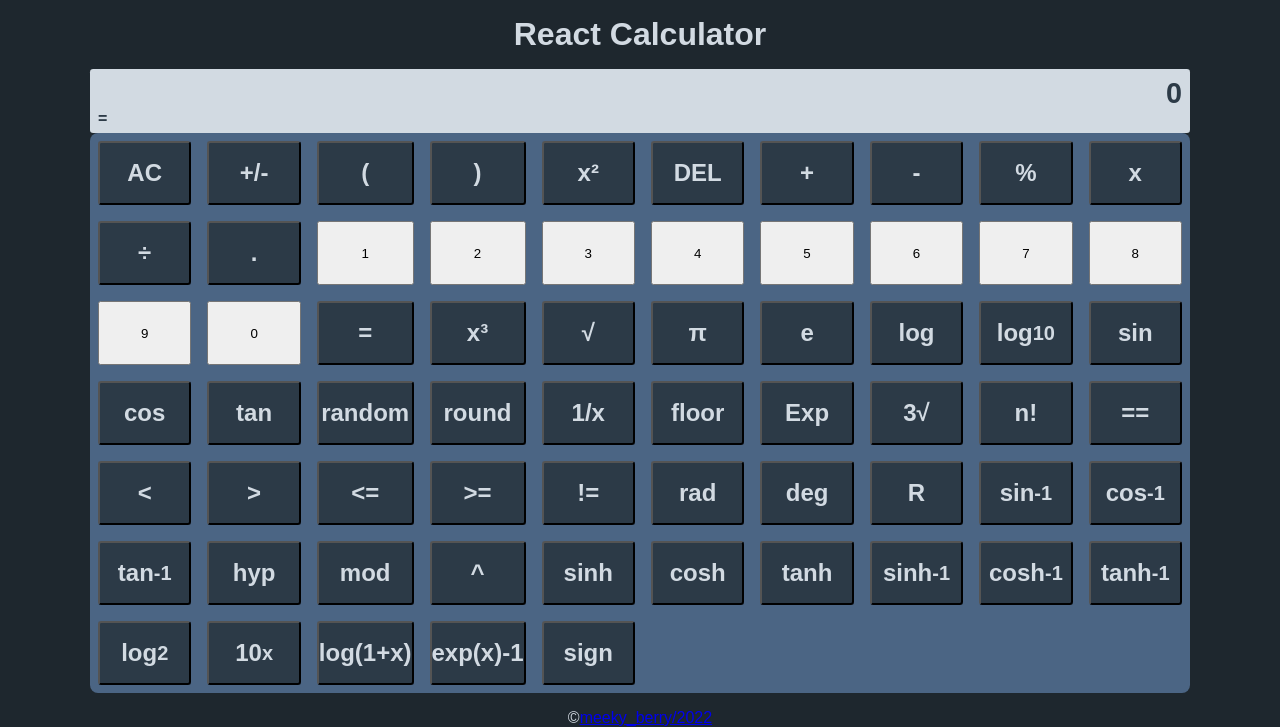
Repository: MikkyPrestige/calculator
Page: /
An editor plug-in stored every save of this project. The page is shown before and after the next save, followed by the edit.
The browser window is 1280 px wide. The pictures show the whole page.
The project was rebuilt for these pictures with package versions that can differ from the ones it lists, and the page was loaded fresh each time.

Above is the page before, as saved 2022-11-17 21:54:25.

### src/index.css
* {
 margin: 0;
 padding: 0;
 box-sizing: border-box;
}

body {
 font-family: 'Poppins', sans-serif;
 background: #1e272e;
}

.heading {
  color: #d2dae2;
  text-align: center;
  margin: 1rem;
}

.app-container {
 width: 100%;
 max-width: 1100px;
 margin: 1rem auto;
}

.display {
 background-color: #d2dae2;
 color: #2C3A47;
 height: 4rem;
 font-size: 1.8rem;
 font-weight: 700;
 display: flex;
 flex-direction: column;
 padding: .5rem;
 border-radius: .2rem;
}

.display-calc {
 display: flex;
 justify-content: flex-end;
 align-items: center;
}

.display-result {
 display: flex;
 justify-content: flex-start;
 align-items: center;
 font-size: 1rem;
 font-weight: 700;
}

.operators {
  display: grid;
  grid-template-columns: repeat(10, 1fr);
  grid-gap: 1rem;
  padding: .5rem;
  border-radius: .5rem;
  background-color: #4b6584;
  -webkit-border-radius: .5rem;
  -moz-border-radius: .5rem;
  -ms-border-radius: .5rem;
  -o-border-radius: .5rem;
}

.operator {
 background-color: #2C3A47;
 color: #d2dae2;
 font-size: 1.5rem;
 font-weight: 700;
 height: 4rem;
 display: flex;
 justify-content: center;
 align-items: center;
 border-radius: .2rem;
 /* margin: .5rem 0; */
}
/*

.operator {
 background-color: #182C61;
 color: #d1d8e0;
 font-size: 1.2rem;
 font-weight: 400;
 padding: .5rem;
 border: none;
 cursor: pointer;
 border-radius: 20%;
 border: 2px solid #d2dae2;
 -webkit-border-radius: 20%;
 -moz-border-radius: 20%;
 -ms-border-radius: 20%;
 -o-border-radius: 20%;
}

.operator:hover {
 background-color: #273c75;
}

.operator:active {
 background-color: #485460;
}

.digit {
  font-size: 1.5rem;
  font-weight: 700;
  color: #2C3A47;
  cursor: pointer;
  background-color: #d2dae2;
  border: none;
  border-radius: 1rem;
  text-align: center;
  padding: .5rem;
  grid-column: 4 /7;
  grid-row: 2 / 4;
}

.digit:hover {
  background-color: #808e9b;
}

.digit:active {
  background-color: #485460;
}

.clear {
 background-color: #05c46b;
  grid-column: 1 / 3;
  grid-row: 1 / 2;
}

.delete {
 background-color: #ff3f34;
  grid-column: 9 / -1;
  grid-row: 1 / 2;
}

.equalTo {
 /* grid-row: 6 / span 2; */
 /* grid-column: 6; */
 /* background-color: #05c46b; */
 /* font-size: 2.5rem; */
 /* font-weight: 700; */
/* } */

.cube {
 /* grid-row: 3; */
}

.sqrt {
 /* grid-row: 4; */
}

.exponent {
 /* grid-row: 5; */
}

.pie {
 /* grid-row: 5; */
}

.log {
 /* grid-row: 3; */
}

.logTen {
 /* grid-row: 4; */
}

.sin {
 /* grid-row: 3; */
}

.tan {
 /* grid-row: 4; */
}

.cos  {
 /* grid-row: 5; */
}

.zero {
 /* grid-row: 6; */
 /* grid-column: 5; */
}

.attribution {
  color: #d2dae2;
  text-align: center;
}

### src/App.js
import React from 'react';
import { useState } from 'react';

function App() {
  // DECLARE A NEW STATE VARIABLE
  const [calc, setCalc] = useState("");
  const [result, setResult] = useState("");

  // OPERATORS VARIABLE IS AN ARRAY OF OPERATORS THAT WILL BE USED TO CHECK IF THE USER IS TRYING TO ENTER AN OPERATOR OR NOT
  const ops = ["+", "-", "*", "/", ".", "<", ">", "<=", ">=", "±", "%", "!="];

  // UPDATE CALC STATE VARIABLE WITH THE VALUE OF THE BUTTON THAT WAS CLICKED
  const updateCalc = value => {
    if (
      (ops.includes(value) && calc === "") || // IF THE VALUE IS AN OPERATOR AND THE CALC STATE VARIABLE IS EMPTY
      (ops.includes(value) && ops.includes(calc.slice(-1))) // IF THE VALUE IS AN OPERATOR AND THE LAST CHARACTER OF THE CALC STATE VARIABLE IS ALSO AN OPERATOR
    ) {
      return;
    }

    setCalc(calc + value);  // UPDATE THE CALC STATE VARIABLE WITH THE VALUE OF THE BUTTON THAT WAS CLICKED

    if (!ops.includes(value)) {  // IF THE VALUE IS NOT AN OPERATOR
      setResult(eval(calc + value).toString());   // EVALUATE THE CALC STATE VARIABLE AND UPDATE THE RESULT STATE VARIABLE
    }
  };

  // CREATE CLEAR FUNCTION
  const clear = () => {
    setCalc("");    // SET CALC STATE VARIABLE TO EMPTY
    setResult("");  // SET RESULT STATE VARIABLE TO EMPTY
  };

  // CREATE DELETE FUNCTION
  const del = () => {
    if (calc === "") {
      return;
    }
    const value = calc.slice(0, -1);  // REMOVE THE LAST CHARACTER OF THE CALC STATE VARIABLE
    setCalc(value);  // UPDATE THE CALC STATE VARIABLE
  };

  // CREATE EVALUATE FUNCTION
  const calculate = () => {
    setCalc(eval(calc).toString());  // EVALUATE THE CALC STATE VARIABLE AND UPDATE THE CALC STATE VARIABLE
    setResult("");  // SET RESULT STATE VARIABLE TO EMPTY
  };

  // CREATE PERCENTAGE FUNCTION
  const percentage = () => {
    if (calc === "") {
      return;
    }
    const value = parseFloat(calc);   // CONVERT THE CALC STATE VARIABLE TO A FLOAT
    if (value === 0) {
      return;
    }
    setCalc((value / 100).toString());  // DIVIDE THE CALC STATE VARIABLE BY 100 AND UPDATE THE CALC STATE VARIABLE
  };

  // CREATE POSITIVE/NEGATIVE FUNCTION
  const posNeg = () => {
    if (calc === "") {
      return;
    }
    const value = parseFloat(calc);
    if (value === 0) {
      return;
    }
    setCalc((value * -1).toString());  // MULTIPLY THE CALC STATE VARIABLE BY -1 AND UPDATE THE CALC STATE VARIABLE
  };

  // CREATE BRACKET FUNCTION
  const bracket = value => {
    if (calc === "" && value === "(" && ")") { // IF THE CALC STATE VARIABLE IS EMPTY AND THE VALUE IS "(" && ")"
      setCalc(calc + value);
      return;
    }
    setCalc(calc + value);  // UPDATE THE CALC STATE VARIABLE WITH THE VALUE OF THE BUTTON THAT WAS CLICKED
  };

  // CREATE SQUARE FUNCTION
  const square = () => {
    if (calc === "") {
      return;
    }
    const value = parseFloat(calc);
    if (value === 0) {
      return;
    }
    setCalc((value * value).toString());  // MULTIPLY THE CALC STATE VARIABLE BY ITSELF AND UPDATE THE CALC STATE VARIABLE
  };

  // CREATE A CUBE FUNCTION
  const cube = () => {
    if (calc === "") {
      return;
    }
    const value = parseFloat(calc);
    if (value === 0) {
      return;
    }
    setCalc((value * value * value).toString());  // MULTIPLY THE CALC STATE VARIABLE BY ITSELF THREE TIMES AND UPDATE THE CALC STATE VARIABLE
  };

  // CREATE SQUARE ROOT FUNCTION
  const squareRoot = () => {
    if (calc === "") {
      return;
    }
    const value = parseFloat(calc);
    if (value === 0) {
      return;
    }
    setCalc(Math.sqrt(value).toString());  // CALCULATE THE SQUARE ROOT OF THE CALC STATE VARIABLE AND UPDATE THE CALC STATE VARIABLE
  };

  // CREATE PI FUNCTION
  const pi = () => {
    if (calc === "") {
      return;
    }
    const value = parseFloat(calc);
    if (value === 0) {
      return;
    }
    setCalc((value * 3.141592653589793).toString());  // MULTIPLY THE CALC STATE VARIABLE BY PI AND UPDATE THE CALC STATE VARIABLE
  };

  // CREATE E FUNCTION
  const e = () => {
    if (calc === "") {
      return;
    }
    const value = parseFloat(calc);
    if (value === 0) {
      return;
    }
    setCalc((value * 2.718281828459045).toString());  // MULTIPLY THE CALC STATE VARIABLE BY E AND UPDATE THE CALC STATE VARIABLE
  };

  // CREATE LOG FUNCTION
  const log = () => {
    if (calc === "") {
      return;
    }
    const value = parseFloat(calc);
    if (value === 0) {
      return;
    }
    setCalc(Math.log(value).toString());  // CALCULATE THE LOGARITHM OF THE CALC STATE VARIABLE AND UPDATE THE CALC STATE VARIABLE
  };

  // CREATE BASE 10 LOG FUNCTION
  const log10 = () => {
    if (calc === "") {
      return;
    }
    const value = parseFloat(calc);
    if (value === 0) {
      return;
    }
    setCalc(Math.log10(value).toString());  // CALCULATE THE BASE 10 LOGARITHM OF THE CALC STATE VARIABLE AND UPDATE THE CALC STATE VARIABLE
  };

  // CREATE BASE 2 LOG FUNCTION
  const log2 = () => {
    if (calc === "") {
      return;
    }
    const value = parseFloat(calc);
    if (value === 0) {
      return;
    }
    setCalc(Math.log2(value).toString());  // CALCULATE THE BASE 2 LOGARITHM OF THE CALC STATE VARIABLE AND UPDATE THE CALC STATE VARIABLE
  };

  // CREATE LOG1P FUNCTION
  const log1p = () => {
    if (calc === "") {
      return;
    }
    const value = parseFloat(calc);
    if (value === 0) {
      return;
    }
    setCalc(Math.log1p(value).toString());  // CALCULATE THE LOGARITHM OF THE CALC STATE VARIABLE PLUS 1 AND UPDATE THE CALC STATE VARIABLE
  };

  // CREATE EXPONENTIAL -1 FUNCTION
  const expm1 = () => {
    if (calc === "") {
      return;
    }
    const value = parseFloat(calc);
    if (value === 0) {
      return;
    }
    setCalc(Math.expm1(value).toString());  // CALCULATE THE EXPONENTIAL OF THE CALC STATE VARIABLE MINUS 1 AND UPDATE THE CALC STATE VARIABLE
  };

  // CREATE SIGN FUNCTION
  const sign = () => {
    if (calc === "") {
      return;
    }
    const value = parseFloat(calc);
    if (value === 0) {
      return;
    }
    setCalc(Math.sign(value).toString());  // CALCULATE THE SIGN OF THE CALC STATE VARIABLE AND UPDATE THE CALC STATE VARIABLE
  };

  // CREATE RAISE TO POWER 10 FUNCTION
  const pow10 = () => {
    if (calc === "") {
      return;
    }
    const value = parseFloat(calc);
    if (value === 0) {
      return;
    }
    setCalc(Math.pow(10, value).toString());  // RAISE 10 TO THE POWER OF THE CALC STATE VARIABLE AND UPDATE THE CALC STATE VARIABLE
  };

  // CREATE SIN FUNCTION
  const sin = () => {
    if (calc === "") {
      return;
    }
    const value = parseFloat(calc);
    if (value === 0) {
      return;
    }
    setCalc(Math.sin(value).toString());  // CALCULATE THE SINE OF THE CALC STATE VARIABLE AND UPDATE THE CALC STATE VARIABLE
  };

  // CREATE COS FUNCTION
  const cos = () => {
    if (calc === "") {
      return;
    }
    const value = parseFloat(calc);
    if (value === 0) {
      return;
    }
    setCalc(Math.cos(value).toString());  // CALCULATE THE COSINE OF THE CALC STATE VARIABLE AND UPDATE THE CALC STATE VARIABLE
  };

  // CREATE TAN FUNCTION
  const tan = () => {
    if (calc === "") {
      return;
    }
    const value = parseFloat(calc);
    if (value === 0) {
      return;
    }
    setCalc(Math.tan(value).toString());  // CALCULATE THE TANGENT OF THE CALC STATE VARIABLE AND UPDATE THE CALC STATE VARIABLE
  };

  // CREATE INVERSE SIN FUNCTION
  const asin = () => {
    if (calc === "") {
      return;
    }
    const value = parseFloat(calc);
    if (value === 0) {
      return;
    }
    setCalc(Math.asin(value).toString());  // CALCULATE THE INVERSE SINE OF THE CALC STATE VARIABLE AND UPDATE THE CALC STATE VARIABLE
  };

  // CREATE INVERSE COS FUNCTION
  const acos = () => {
    if (calc === "") {
      return;
    }
    const value = parseFloat(calc);
    if (value === 0) {
      return;
    }
    setCalc(Math.acos(value).toString());  // CALCULATE THE INVERSE COSINE OF THE CALC STATE VARIABLE AND UPDATE THE CALC STATE VARIABLE
  };

  // CREATE INVERSE TAN FUNCTION
  const atan = () => {
    if (calc === "") {
      return;
    }
    const value = parseFloat(calc);
    if (value === 0) {
      return;
    }
    setCalc(Math.atan(value).toString());  // CALCULATE THE INVERSE TANGENT OF THE CALC STATE VARIABLE AND UPDATE THE CALC STATE VARIABLE
  };

  // CREATE SINH FUNCTION
  const sinh = () => {
    if (calc === "") {
      return;
    }
    const value = parseFloat(calc);
    if (value === 0) {
      return;
    }
    setCalc(Math.sinh(value).toString());  // CALCULATE THE HYPERBOLIC SINE OF THE CALC STATE VARIABLE AND UPDATE THE CALC STATE VARIABLE
  };

  // CREATE COSH FUNCTION
  const cosh = () => {
    if (calc === "") {
      return;
    }
    const value = parseFloat(calc);
    if (value === 0) {
      return;
    }
    setCalc(Math.cosh(value).toString());  // CALCULATE THE HYPERBOLIC COSINE OF THE CALC STATE VARIABLE AND UPDATE THE CALC STATE VARIABLE
  };

  // CREATE TANH FUNCTION
  const tanh = () => {
    if (calc === "") {
      return;
    }
    const value = parseFloat(calc);
    if (value === 0) {
      return;
    }
    setCalc(Math.tanh(value).toString());  // CALCULATE THE HYPERBOLIC TANGENT OF THE CALC STATE VARIABLE AND UPDATE THE CALC STATE VARIABLE
  };

  // CREATE INVERSE SINH FUNCTION
  const asinh = () => {
    if (calc === "") {
      return;
    }
    const value = parseFloat(calc);
    if (value === 0) {
      return;
    }
    setCalc(Math.asinh(value).toString());  // CALCULATE THE INVERSE HYPERBOLIC SINE OF THE CALC STATE VARIABLE AND UPDATE THE CALC STATE VARIABLE
  };

  // CREATE INVERSE COSH FUNCTION
  const acosh = () => {
    if (calc === "") {
      return;
    }
    const value = parseFloat(calc);
    if (value === 0) {
      return;
    }
    setCalc(Math.acosh(value).toString());  // CALCULATE THE INVERSE HYPERBOLIC COSINE OF THE CALC STATE VARIABLE AND UPDATE THE CALC STATE VARIABLE
  };

  // CREATE INVERSE TANH FUNCTION
  const atanh = () => {
    if (calc === "") {
      return;
    }
    const value = parseFloat(calc);
    if (value === 0) {
      return;
    }
    setCalc(Math.atanh(value).toString());  // CALCULATE THE INVERSE HYPERBOLIC TANGENT OF THE CALC STATE VARIABLE AND UPDATE THE CALC STATE VARIABLE
  };

  // CREATE HYPOTENUSE FUNCTION
  const hyp = () => {
    if (calc === "") {
      return;
    }
    const value = parseFloat(calc);
    if (value === 0) {
      return;
    }
    setCalc(Math.hypot(value).toString());  // CALCULATE THE HYPOTENUSE OF THE CALC STATE VARIABLE AND UPDATE THE CALC STATE VARIABLE
  };


  // CREATE RADIAN FUNCTION
  const radian = () => {
    if (calc === "") {
      return;
    }
    const value = parseFloat(calc);
    if (value === 0) {
      return;
    }
    setCalc((value * 0.017453292519943295).toString());  // MULTIPLY THE CALC STATE VARIABLE BY RADIAN AND UPDATE THE CALC STATE VARIABLE
  };

  // CREATE DEGREE FUNCTION
  const degree = () => {
    if (calc === "") {
      return;
    }
    const value = parseFloat(calc);
    if (value === 0) {
      return;
    }
    setCalc((value * 57.29577951308232).toString());  // MULTIPLY THE CALC STATE VARIABLE BY DEGREE AND UPDATE THE CALC STATE VARIABLE
  };

  // CREATE RADIUS FUNCTION
  const radius = () => {
    if (calc === "") {
      return;
    }
    const value = parseFloat(calc);
    if (value === 0) {
      return;
    }
    setCalc((value * 0.5).toString());  // MULTIPLY THE CALC STATE VARIABLE BY RADIUS AND UPDATE THE CALC STATE VARIABLE
  };

  // CREATE RECIPROCAL/INVERSE FUNCTION
  const reciprocal = () => {
    if (calc === "") {
      return;
    }
    const value = parseFloat(calc);
    if (value === 0) {
      return;
    }
    setCalc((1 / value).toString());  // DIVIDE 1 BY THE CALC STATE VARIABLE AND UPDATE THE CALC STATE VARIABLE
  };

  // CREATE RANDOM FUNCTION
  const random = () => {
    if (calc === "") {
      return;
    }
    const value = parseFloat(calc);
    if (value === 0) {
      return;
    }
    setCalc(Math.random(value).toString());  // RANDOMLY GENERATE A NUMBER AND UPDATE THE CALC STATE VARIABLE
  };

  // CREATE ROUND FUNCTION
  const round = () => {
    if (calc === "") {
      return;
    }
    const value = parseFloat(calc);
    if (value === 0) {
      return;
    }
    setCalc(Math.round(value).toString());  // ROUND THE CALC STATE VARIABLE AND UPDATE THE CALC STATE VARIABLE
  };

  // CREATE FLOOR FUNCTION
  const floor = () => {
    if (calc === "") {
      return;
    }
    const value = parseFloat(calc);
    if (value === 0) {
      return;
    }
    setCalc(Math.floor(value).toString());  // FLOOR OF THE CALC STATE VARIABLE AND UPDATE THE CALC STATE VARIABLE
  };

  // CREATE EXPONENTIAL FUNCTION
  const exponential = () => {
    if (calc === "") {
      return;
    }
    const value = parseFloat(calc);
    if (value === 0) {
      return;
    }
    setCalc(Math.exp(value).toString());  // EXPONENTIAL OF THE CALC STATE VARIABLE AND UPDATE THE CALC STATE VARIABLE
  };

  // CREATE CUBE ROOT FUNCTION
  const cubeRoot = () => {
    if (calc === "") {
      return;
    }
    const value = parseFloat(calc);
    if (value === 0) {
      return;
    }
    setCalc(Math.cbrt(value).toString());  // CUBE ROOT OF THE CALC STATE VARIABLE AND UPDATE THE CALC STATE VARIABLE
  };

  // CREATE FACTORIAL FUNCTION
  const factorial = () => {
    if (calc === "") {
      return;
    }
    const value = parseFloat(calc);
    if (value === 0) {
      return;
    }
    setCalc(factorialize(value).toString());  // FACTORIAL OF THE CALC STATE VARIABLE AND UPDATE THE CALC STATE VARIABLE
  };

  // CREATE FACTORIAL FUNCTION
  const factorialize = (num) => {
    if (num < 0) {
      return -1;
    } else if (num === 0) {
      return 1;
    } else {
      return num * factorialize(num - 1);
    }
  };

  // CREATE DIGITS FUNCTION
  const createDigits = () => {
    const digits = []; // CREATE DIGITS ARRAY
    for (let i = 1; i < 10; i++) { // LOOP THROUGH DIGITS 1-9
      digits.push(i); // PUSH NUMBERS 1-9 TO DIGITS ARRAY
    }
    return digits;
  };

  //RETURN THE CALCULATOR SCREEN AND BUTTONS
  return (
    <div className='app'>
      <header>
        <h1 className='heading'>React Calculator</h1>
      </header>
      <div className='app-container'>
        <div className='display'>
          <div className='display-calc'>
            {calc || "0"}  {/* DISPLAY CALC STATE VARIABLE OR 0 */}
          </div>
          <div className='display-result'>
            = {result}  {/* DISPLAY RESULT STATE VARIABLE */}
          </div>
        </div>
        <div className='operators'>
          <button onClick={clear} className='operator clear'>AC</button>
          <button onClick={posNeg} className='operator'>+/-</button>
          <button onClick={() => bracket('(')} className='operator'>(</button>
          <button onClick={() => bracket(')')} className='operator'>)</button>
          <button onClick={square} className='operator'>x²</button>
          <button onClick={del} className='operator delete'>DEL</button>
          <button onClick={() => updateCalc('+')} className='operator'>+</button>
          <button onClick={() => updateCalc('-')} className='operator'>-</button>
          <button onClick={percentage} className='operator'>%</button>
          <button onClick={() => updateCalc('*')} className='operator'>x</button>
          <button onClick={() => updateCalc('/')} className='operator'>÷</button>
          <button onClick={() => updateCalc('.')} className='operator'>.</button>
          {createDigits().map((digit) => (
            <button onClick={() => updateCalc(digit.toString())} className='digit' key={digit}>{digit}</button> // CREATE DIGITS BUTTONS AND MAP THROUGH DIGITS ARRAY TO DISPLAY DIGITS 1-9 ON BUTTONS
          ))}
          <button onClick={() => updateCalc('0')} className='zero digit'>0</button>
          <button onClick={calculate} className='operator equalTo'>=</button>
          <button onClick={cube} className='operator cube'>x³</button>
          <button onClick={squareRoot} className='operator sqrt'>√</button>
          <button onClick={pi} className='operator pie'>π</button>
          <button onClick={e} className='operator exponent'>e</button>
          <button onClick={log} className='operator log'>log</button>
          <button onClick={log10} className='operator logTen'>log<sub>10</sub></button>
          <button onClick={sin} className='operator sin'>sin</button>
          <button onClick={cos} className='operator cos'>cos</button>
          <button onClick={tan} className='operator tan'>tan</button>
          <button onClick={random} className='operator'>random</button>
          <button onClick={round} className='operator'>round</button>
          <button onClick={reciprocal} className='operator'>1/x</button>
          <button onClick={floor} className='operator'>floor</button>
          <button onClick={exponential} className='operator'>Exp</button>
          <button onClick={cubeRoot} className='operator'>3√</button>
          <button onClick={factorial} className='operator'>n!</button>
          <button onClick={() => updateCalc('==')} className='operator'>==</button>
          <button onClick={() => updateCalc('<')} className='operator'>{'<'}</button>
          <button onClick={() => updateCalc('>')} className='operator'>{'>'}</button>
          <button onClick={() => updateCalc('<=')} className='operator'>{'<='}</button>
          <button onClick={() => updateCalc('>=')} className='operator'>{'>='}</button>
          <button onClick={() => updateCalc('!=')} className='operator'>{'!='}</button>
          <button onClick={radian} className='operator'>rad</button>
          <button onClick={degree} className='operator'>deg</button>
          <button onClick={radius} className='operator'>R</button>
          <button onClick={asin} className='operator'>sin<sup>-1</sup></button>
          <button onClick={acos} className='operator'>cos<sup>-1</sup></button>
          <button onClick={atan} className='operator'>tan<sup>-1</sup></button>
          <button onClick={hyp} className='operator'>hyp</button>
          <button onClick={() => updateCalc('%')} className='operator'>mod</button>
          <button onClick={() => updateCalc('**')} className='operator'>^</button>
          <button onClick={sinh} className='operator'>sinh</button>
          <button onClick={cosh} className='operator'>cosh</button>
          <button onClick={tanh} className='operator'>tanh</button>
          <button onClick={asinh} className='operator'>sinh<sup>-1</sup></button>
          <button onClick={acosh} className='operator'>cosh<sup>-1</sup></button>
          <button onClick={atanh} className='operator'>tanh<sup>-1</sup></button>
          <button onClick={log2} className='operator'>log<sub>2</sub></button>
          <button onClick={pow10} className='operator'>10<sup>x</sup></button>
          <button onClick={log1p} className='operator'>log(1+x)</button>
          <button onClick={expm1} className='operator'>exp(x)-1</button>
          <button onClick={sign} className='operator'>sign</button>
        </div>
      </div>
      <footer className='attribution'>&copy;<a meeky_berry href="https://github.com/MeekyBerry" target="_blank" rel="noreferrer">meeky_berry/2022</a></footer>
    </div>
  );
}

// EXPORT APP
export default App;

Loaded but not shown: public/index.html (common file); src/index.js (common file)

After the next save:
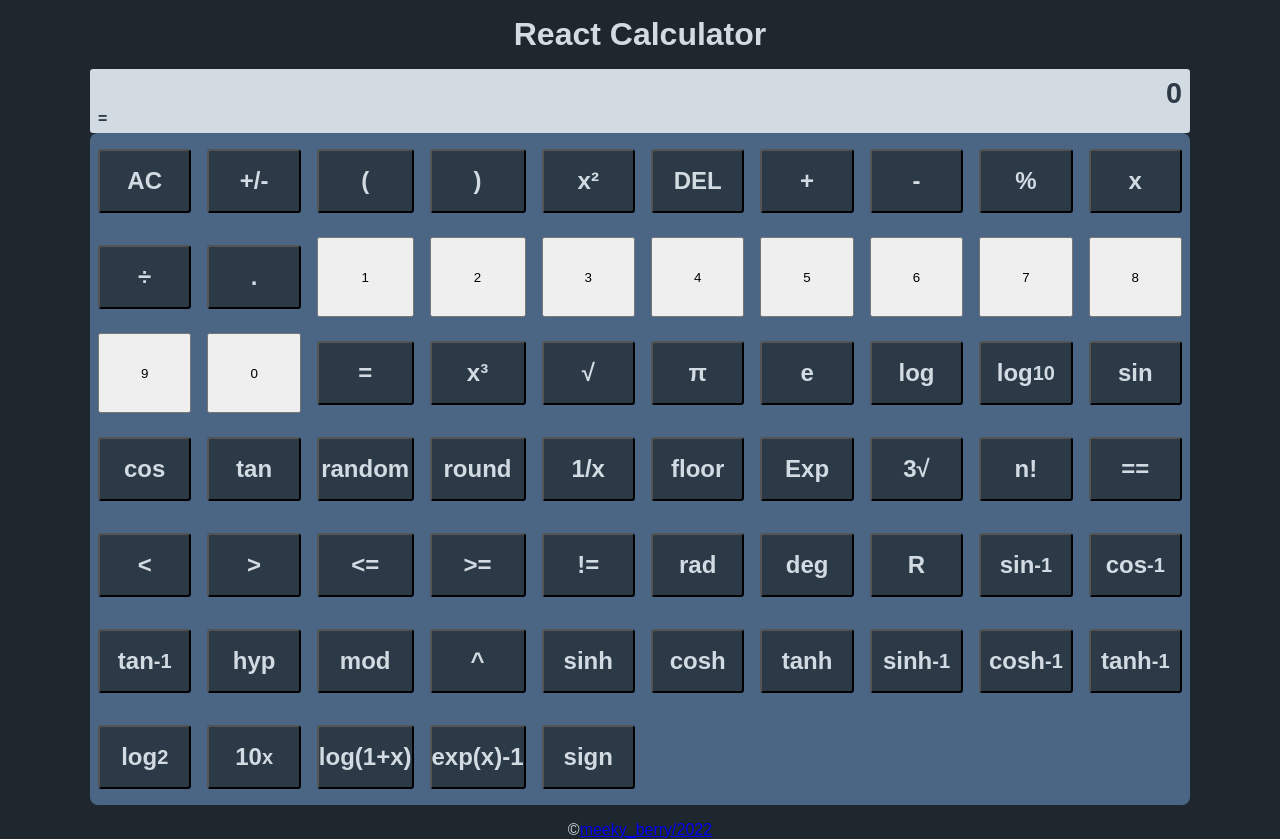
Saved 10 s later.
--- a/src/index.css
+++ b/src/index.css
@@ -70,7 +70,7 @@ body {
  justify-content: center;
  align-items: center;
  border-radius: .2rem;
- /* margin: .5rem 0; */
+ margin: .5rem 0;
 }
 /*
 
